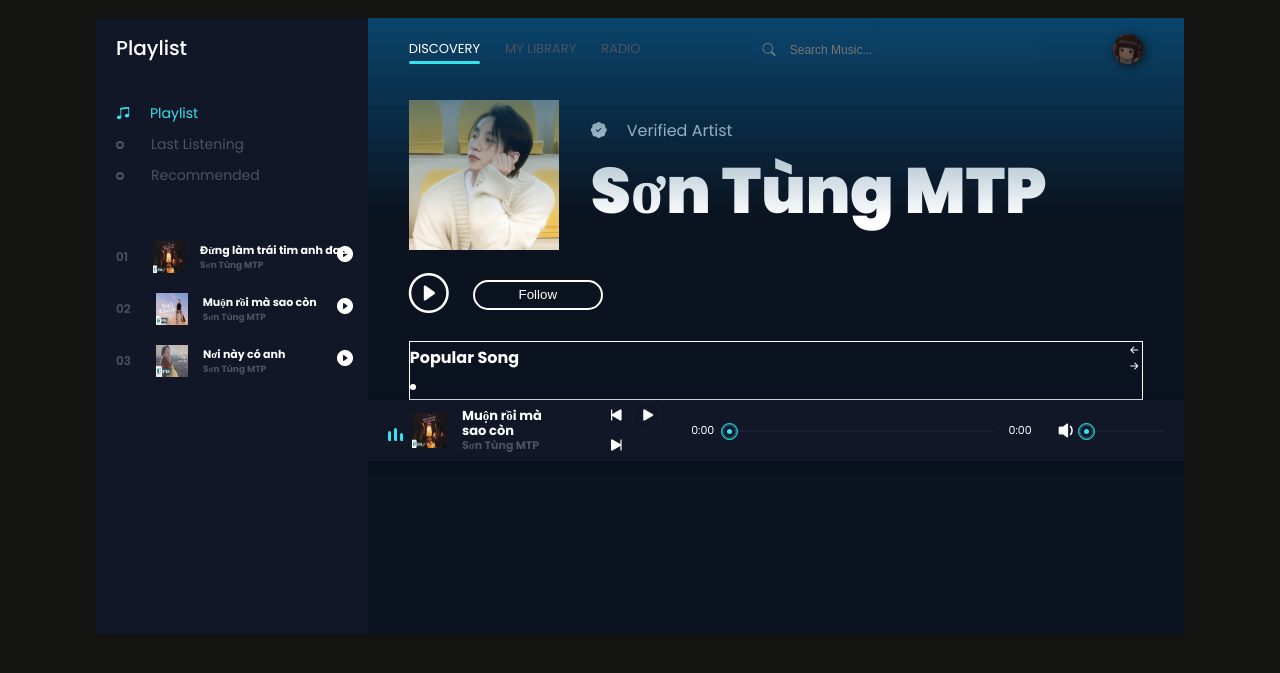
Repository: reminzuetto/Music-Website
Page: index.html
The author's editor kept a copy of each file at every save. The page is drawn from the files as they stood at one save, then again after the next save.
The browser window is 1280 px wide. The pictures show the whole page.

Above is the page before, as saved 2024-06-11 04:15:11.

### index.html
<!DOCTYPE html>
<html lang="en">
  <head>
    <meta charset="UTF-8" />
    <meta name="viewport" content="width=device-width, initial-scale=1.0" />
    <link rel="stylesheet" href="./style.css" />
    <link
      rel="stylesheet"
      href="https://cdn.jsdelivr.net/npm/bootstrap-icons@1.11.3/font/bootstrap-icons.min.css"
    />
    <title>Music Website</title>
  </head>
  <body>
    <header>
      <div class="menu_side">
        <h1>Playlist</h1>
        <div class="playlist">
          <h4 class="active">
            <span></span><i class="bi bi-music-note-beamed"></i>Playlist
          </h4>
          <h4>
            <span></span><i class="bi bi-music-note-beamed"></i>Last Listening
          </h4>
          <h4>
            <span></span><i class="bi bi-music-note-beamed"></i>Recommended
          </h4>
        </div>
        <div class="menu_song">
          <li class="songItem">
            <span>01</span>
            <img
              src="./MusicThumbnail/DungLamTraiTimAnhDau.jpg"
              alt="DungLamTraiTimAnhDau"
            />
            <h5 class="subtitle">
              Đừng làm trái tim anh đau
              <div class="subtitle">Sơn Tùng MTP</div>
            </h5>
            <i class="bi bi-play-circle-fill"></i>
          </li>
          <li class="songItem">
            <span>02</span>
            <img
              src="./MusicThumbnail/MuonRoiMaSaoCon.jpg"
              alt="MuonRoiMaSaoCon"
            />
            <h5 class="subtitle">
              Muộn rồi mà sao còn
              <div class="subtitle">Sơn Tùng MTP</div>
            </h5>
            <i class="bi bi-play-circle-fill"></i>
          </li>
          <li class="songItem">
            <span>03</span>
            <img src="./MusicThumbnail/NoiNayCoAnh.jpg" alt="NoiNayCoAnh" />
            <h5 class="subtitle">
              Nơi này có anh
              <div class="subtitle">Sơn Tùng MTP</div>
            </h5>
            <i class="bi bi-play-circle-fill"></i>
          </li>
        </div>
      </div>
      <div class="song_side">
        <nav>
          <ul>
            <li>DISCOVERY<span></span></li>
            <li>MY LIBRARY</li>
            <li>RADIO</li>
          </ul>
          <div class="search">
            <i class="bi bi-search"></i>
            <input type="text" placeholder="Search Music..." />
          </div>
          <div class="user">
            <img src="./Picture/Ava.jpg" alt="User" title="Yuuto" />
          </div>
        </nav>
        <div class="content">
          <div class="artistInfos">
            <div class="artistPicture">
              <img src="./ArtistWallPaper/MTP.jpg" alt="" />
            </div>
            <div class="artistInfo">
              <div class="verifiedArtist">
                <i class="bi bi-patch-check-fill"></i>
                <p class="text">Verified Artist</p>
              </div>
              <h1>Sơn Tùng MTP</h1>
            </div>
          </div>
          <div class="buttons">
            <button class="play"><i class="bi bi-play-circle"></i></button>
            <button class="follow">Follow</button>
          </div>
        </div>
        <div class="popular_song">
          <div class="h4">
            <h4>Popular Song</h4>
            <div class="btn_s">
              <i class="bi bi-arrow-left-short"></i>
              <i class="bi bi-arrow-right-short"></i>
            </div>
          </div>
            <div class="pop_song">
                <li class = "songItem">
                    <div class="img_play"></div>
                </li>
        </div>
      </div>

      <div class="master_play">
        <div class="wave">
          <div class="wave1"></div>
          <div class="wave1"></div>
          <div class="wave1"></div>
        </div>
        <img
          src="./MusicThumbnail/DungLamTraiTimAnhDau.jpg"
          alt="DungLamTraiTimAnhDau"
        />
        <h5 class="subtitle">
          Muộn rồi mà sao còn
          <div class="subtitle">Sơn Tùng MTP</div>
        </h5>
        <div class="icon">
          <i class="bi bi-skip-start-fill"></i>
          <i class="bi bi-play-fill"></i>
          <i class="bi bi-skip-end-fill"> </i>
        </div>
        <span class="currentStart">0:00</span>
        <div class="bar">
          <input type="range" id="seek" min="0" value="0" max="100" />
          <div class="bar2"></div>
          <div class="dot"></div>
        </div>
        <span class="currentEnd">0:00</span>

        <div class="vol">
          <i class="bi bi-volume-down-fill"></i>
          <input type="range" id="seek" min="0" value="0" max="100" />
          <div class="vol_bar"></div>
          <div class="dot"></div>
        </div>
      </div>
    </header>
    <script src="./main.js"></script>
  </body>
</html>

### style.css
@import url("https://fonts.googleapis.com/css2?family=Poppins:ital,wght@0,100;0,200;0,300;0,400;0,500;0,600;0,700;0,800;0,900;1,100;1,200;1,300;1,400;1,500;1,600;1,700;1,800;1,900&display=swap");
* {
  padding: 0%;
  margin: 0%;
  box-sizing: border-box;
}

body {
  width: 100%;
  height: 100vh;
  background-color: #131312;
  font-family: "Poppins", "sans-serif";
  display: flex;
  align-items: center;
  justify-content: center;
}

header {
  width: 85%;
  height: 95%;
  /* border: 1px solid #fff; */
  display: flex;
  flex-wrap: wrap;
  overflow: hidden;
}

header .menu_side,
.song_side {
  position: relative;
  width: 25%;
  height: 90%;
  /* border: 1px solid #fff; */
  background-color: #111727;
  box-shadow: 5px 0px 2px #090f1f;
  color: #fff;
}

header .song_side {
  width: 75%;
  background: #0b1320;
}

header .master_play {
  width: 100%;
  height: 10%;
  background: #111727;
  box-shadow: 0px 3px 8px #090f1f;
}

header .menu_side h1 {
  font-size: 20px;
  margin: 15px 0px 0px 20px;
  font-weight: 500;
}

header .menu_side .playlist {
  margin: 40px 0px 0px 20px;
}
header .menu_side .playlist h4 {
  font-size: 14px;
  font-weight: 400;
  padding-bottom: 10px;
  color: #4c5262;
  cursor: pointer;
  display: flex;
  align-items: center;
  transition: 0.3 linear;
}

header .menu_side .playlist h4:hover {
  color: #fff;
}
header .menu_side .playlist h4 span {
  position: relative;
  margin-right: 35px;
}
header .menu_side .playlist h4 span::before {
  content: "";
  position: absolute;
  width: 4px;
  height: 4px;
  border: 2px solid #4c5262;
  border-radius: 50%;
  top: -4px;
  transition: 0.3s linear;
}

header .menu_side .playlist h4:hover span::before:hover {
  border: 2px solid #fff;
}

header .menu_side .playlist h4 .bi {
  display: none;
}

header .menu_side .playlist .active {
  color: #36e2ec;
}

header .menu_side .playlist .active span {
  display: none;
}

header .menu_side .playlist .active .bi {
  display: block;
  margin-right: 20px;
}

header .menu_side .menu_song {
  width: 100%;
  height: 320px;
  /* border: 1px solid #fff; */
  margin-top: 40px;
}
header .menu_side .menu_song li {
  position: relative;
  list-style: none;
  padding: 5px 0px 5px 20px;
  margin-bottom: 10px;
  cursor: pointer;
  transition: 0.3s linear;
  display: flex;
  align-items: center;
}
header .menu_side .menu_song li:hover {
  background: rgb(105, 105, 170, 0.1);
}
header .menu_side .menu_song li span {
  font-size: 12px;
  font-weight: 600;
  color: #4c5262;
}
header .menu_side .menu_song li img {
  width: 32px;
  height: 32px;
  margin-left: 25px;
}

header .menu_side .menu_song li h5 {
  font-size: 11px;
  margin-left: 15px;
}

header .menu_side .menu_song li h5 .subtitle {
  font-size: 9px;
  color: #4c5262;
}

header .menu_side .menu_song li .bi {
  position: absolute;
  right: 15px;
  top: 6px;
}

header .master_play {
  display: flex;
  align-items: center;
  padding: 0 20px;
}

header .master_play .wave {
  width: 30px;
  height: 30px;
  padding-bottom: 5px;
  display: flex;
  align-items: flex-end;
}

header .master_play .wave .wave1 {
  width: 3px;
  height: 10px;
  margin-right: 3px;
  border-radius: 10px 10px 0 10px;
  background: #36e2ec;
  animation: unset;
}

header .master_play .wave .wave1:nth-child(2) {
  /* animation-delay: 0.4s; */
  height: 13px;
}

header .master_play .wave .wave1:nth-child(3) {
  /* animation-delay: 0.8s; */
  height: 8px;
}

/* javascript wave animation class */
header .master_play .active2 .wave1 {
  animation: wave 0.5s linear infinite;
}

header .master_play .active2 .wave1:nth-child(2) {
  animation-delay: 0.4s;
}

header .master_play .active2 .wave1:nth-child(3) {
  animation-delay: 0.8s;
}
@keyframes wave {
  0% {
    height: 10px;
  }
  50% {
    height: 15px;
  }
  100% {
    height: 10px;
  }
}

header .master_play img {
  width: 35px;
  height: 35px;
}

header .master_play h5 {
  width: 130px;
  font-size: 13px;
  margin-left: 15px;
  color: #fff;
  line-height: 15px;
}

header .master_play h5 .subtitle {
  font-size: 11px;
  color: #4c5262;
}

header .master_play .icon {
  font-size: 20px;
  color: #fff;
  margin: 0 20px 0 40px;
}

header .master_play .icon .bi {
  cursor: pointer;
  outline: none;
}

header .master_play .icon .bi:nth-child(2) {
  border: 1px solid rgb(105, 105, 170, 0.1);
  border-radius: 50%;
  padding: 1px 3px 0px 6px;
  transition: 0.3 linear;
}

header .master_play span {
  width: 32px;
  font-size: 11px;
  font-weight: 400;
  color: #fff;
}

header .master_play #currentStart {
  margin: 0 0 0 20px;
}

header .master_play .bar {
  position: relative;
  width: 43%;
  height: 2px;
  background: rgb(105, 105, 170, 0.1);
  margin: 0 15px 0 10px;
}

header .master_play .bar .bar2 {
  position: absolute;
  background: #36e2ec;
  width: 0%;
  height: 100%;
  top: 0;
}

header .master_play .bar .dot {
  position: absolute;
  width: 5px;
  height: 5px;
  background: #36e2ec;
  border-radius: 50%;
  left: 0%;
  top: -1px;
  transition: 1s linear;
}

header .master_play .bar .dot::before {
  content: "";
  position: absolute;
  width: 15px;
  height: 15px;
  border: 1px solid #36e2ec;
  border-radius: 50%;
  left: -6px;
  top: -6px;
  box-shadow: inset 0 0 3px #36e2ec;
}

header .master_play .bar input {
  position: absolute;
  width: 100%;
  top: -6px;
  left: 0;
  cursor: pointer;
  z-index: 999999;
  opacity: 0;
}

header .master_play .vol {
  position: relative;
  width: 100px;
  height: 2px;
  margin-left: 50px;
  background-color: rgb(105, 105, 170, 0.1);
}

header .master_play .vol .bi {
  position: absolute;
  color: #fff;
  font-size: 25px;
  top: -17px;
  left: -30px;
}

header .master_play .vol input {
  position: absolute;
  width: 100%;
  top: -6px;
  left: 0;
  cursor: pointer;
  z-index: 999999;
  opacity: 0;
}

header .master_play .vol .bar2 {
  position: absolute;
  background: #36e2ec;
  width: 0%;
  height: 100%;
  top: 0;
}

header .master_play .vol .dot {
  position: absolute;
  width: 5px;
  height: 5px;
  background: #36e2ec;
  border-radius: 50%;
  left: 0%;
  top: -1px;
  transition: 1s linear;
}

header .master_play .vol .dot::before {
  content: "";
  position: absolute;
  width: 15px;
  height: 15px;
  border: 1px solid #36e2ec;
  border-radius: 50%;
  left: -6px;
  top: -6px;
  box-shadow: inset 0 0 3px #36e2ec;
}

header .song_side {
  z-index: 2;
  overflow: auto;
}

header .song_side::before {
  content: "";
  position: absolute;
  width: 100%;
  height: 200px;
  margin: 0;
  text-align: center;
  line-height: 200px;
  color: white;
  font-size: 24px;
  background: linear-gradient(
    to bottom,
    rgb(10, 69, 108),
    rgba(52, 152, 219, 0)
  );
}

header .song_side nav {
  width: 90%;
  height: 10%;
  margin: auto;
  /* border: 1px solid #fff; */
  display: flex;
  align-items: center;
  justify-content: space-between;
}

header .song_side nav ul {
  display: flex;
}

header .song_side nav ul li {
  position: relative;
  list-style-type: none;
  font-size: 13px;
  color: #4c5262;
  margin-right: 25px;
  cursor: pointer;
  transition: 0.3 linear;
}

header .song_side nav ul li:hover {
  color: #fff;
}

header .song_side nav ul li:nth-child(1) {
  color: #fff;
}

header .song_side nav ul li span {
  position: absolute;
  width: 100%;
  height: 2.5px;
  background: #36e2ec;
  bottom: -5px;
  left: 0;
  border-radius: 20px;
}

header .song_side nav .search {
  position: relative;
  width: 40%;
  padding: 1px 10px;
  border-radius: 20px;
  color: gray;
}

header .song_side nav .search::before {
  content: "";
  position: absolute;
  width: 100%;
  height: 100%;
  border-radius: 20px;
  background: rgb(105, 105, 170, 0.1);
  backdrop-filter: blur(5px);
  z-index: -1;
}

header .song_side nav .search .bi {
  font-size: 13px;
  padding: 3px 0 0 10px;
}

header .song_side nav .search input {
  background: none;
  border: none;
  outline: none;
  padding: 0 10px;
  color: #fff;
  font-size: 12px;
}

header .song_side nav .user {
  position: relative;
  width: 30px;
  height: 30px;
  border-radius: 50%;
  cursor: pointer;
}

header .song_side nav .user img {
  position: absolute;
  width: 100%;
  height: 100%;
  border-radius: 50%;
  box-shadow: 2px 2px 8px #131312;
}

header .song_side .content {
  width: 90%;
  height: 40%;
  margin: auto;
  /* border: 1px solid #fff; */
  padding-top: 20px;
}

header .song_side .content .artistInfos {
  display: flex;
  align-items: center;
}

header .song_side .content .artistInfos .artistPicture img {
  width: 150px;
  height: 150px;
  margin-right: 2rem;
}

header .song_side .content .artistInfos .artistInfo {
  display: flex;
  flex-direction: column;
}

header .song_side .content .artistInfos .artistInfo .verifiedArtist {
  display: flex;
  align-items: center;
}

header .song_side .content .verifiedArtist .text {
  padding-left: 20px;
}

header .song_side .content h1 {
  font-size: 4rem;
  font-weight: 900;
}

header .song_side .content .buttons {
  position: relative;
  margin-top: 15px;
}

header .song_side .content .buttons .play {
  padding: 0;
  position: absolute;
  background: none;
  color: #fff;
  outline: none;
  font-size: 40px;
  border: none;
}

header .song_side .content .buttons .follow {
  position: absolute;
  width: 130px;
  height: 30px;
  border: 2px solid #fff;
  outline: none;
  border-radius: 20px;
  background: none;
  color: #fff;
  left: 4rem;
  top: 0.5rem;
}

header .song_side .content .buttons .play:hover {
  font-size: 45px;
  top: -0.1rem;
  left: -0.1rem;
}

header .song_side .content .buttons .follow:hover {
  color: #000;
  background: #fff;
}

.gradient-box {
  width: 200px;
  height: 200px;
  margin: 20px;
  text-align: center;
  line-height: 200px;
  color: white;
  font-size: 24px;
  background: linear-gradient(
    to bottom,
    rgba(52, 152, 219, 1),
    rgba(52, 152, 219, 0)
  );
  /* Màu xanh nhạt dần từ trên xuống dưới */
}

header .song_side .popular_song {
  width: 90%;
  height: auto;
  border: 1px solid #fff;
  margin: auto;
  margin-top: 15px;
}

header .song_side .popular_song .h4 {
  display: flex;
  align-items: center;
  justify-content: space-between;
}

header .song_side .popular_song .h4 .bi {
  display: flex;
  align-items: center;
  justify-content: space-between;
}

Loaded but not shown: main.js (no copy from this time; the picture is the same without it)

After the next save:
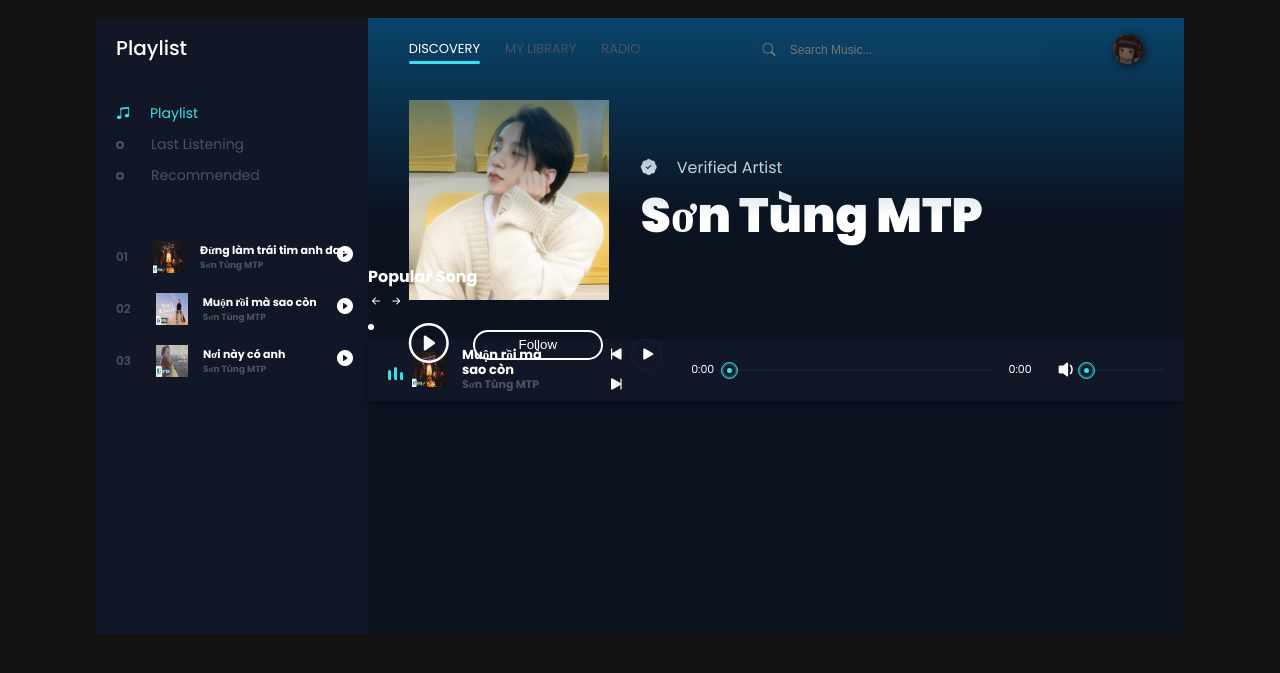
Saved 6 s later.
--- a/style.css
+++ b/style.css
@@ -364,7 +364,6 @@
 
 header .song_side {
   z-index: 2;
-  overflow: auto;
 }
 
 header .song_side::before {
@@ -477,7 +476,7 @@
 
 header .song_side .content {
   width: 90%;
-  height: 40%;
+  height: 30%;
   margin: auto;
   /* border: 1px solid #fff; */
   padding-top: 20px;
@@ -489,8 +488,8 @@
 }
 
 header .song_side .content .artistInfos .artistPicture img {
-  width: 150px;
-  height: 150px;
+  width: 200px;
+  height: 200px;
   margin-right: 2rem;
 }
 
@@ -509,7 +508,7 @@
 }
 
 header .song_side .content h1 {
-  font-size: 4rem;
+  font-size: 3rem;
   font-weight: 900;
 }
 
@@ -567,23 +566,3 @@
   );
   /* Màu xanh nhạt dần từ trên xuống dưới */
 }
-
-header .song_side .popular_song {
-  width: 90%;
-  height: auto;
-  border: 1px solid #fff;
-  margin: auto;
-  margin-top: 15px;
-}
-
-header .song_side .popular_song .h4 {
-  display: flex;
-  align-items: center;
-  justify-content: space-between;
-}
-
-header .song_side .popular_song .h4 .bi {
-  display: flex;
-  align-items: center;
-  justify-content: space-between;
-}
